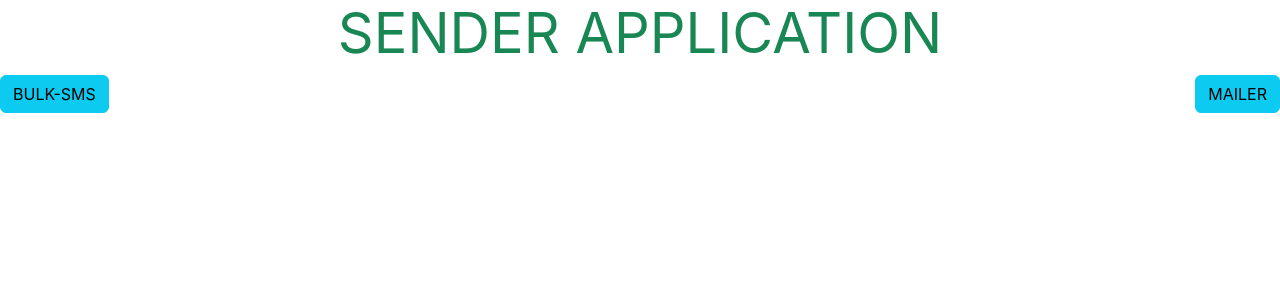
Repository: oluwaseyi9325/react-redux
Page: /mailer
These files come from the project's save history. The page is drawn as it stood at one moment and after the next save; the edit follows.
The browser window is 1280 px wide. The pictures show the whole page.
The project was rebuilt for these pictures with package versions that can differ from the ones it lists, and the page was loaded fresh each time. Also part of the build but not shown: src/Pages/Index.tsx, src/Pages/NotFond.tsx.

Above is the page before, as saved 2023-04-18 17:16:07.

After the next save:
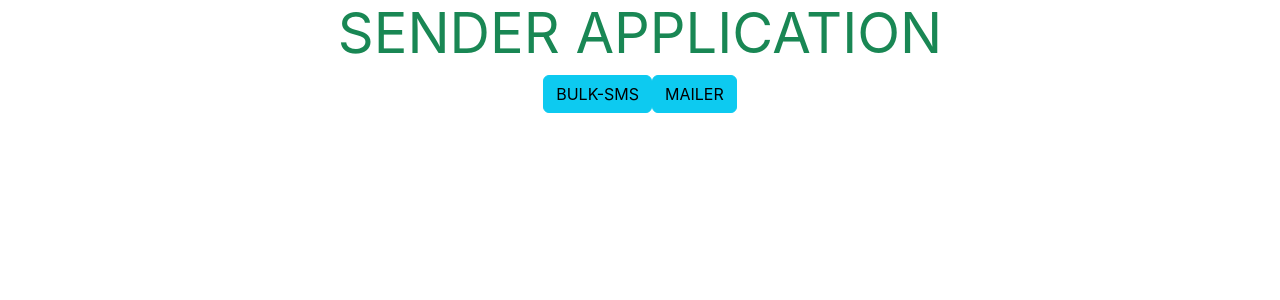
Saved 10 s later.
--- a/src/Components/NavBar.tsx
+++ b/src/Components/NavBar.tsx
@@ -6,7 +6,7 @@ const NavBar = () => {
 
       <div className='text-center'>
         <h4 className='text-success display-4'><b>SENDER APPLICATION</b></h4>
-        <div className='gap-4 d-flex justify-content-between'>
+        <div className=''>
             <button className='btn btn-info'>BULK-SMS</button>
             <button className='btn btn-info'>MAILER</button>
         </div>
